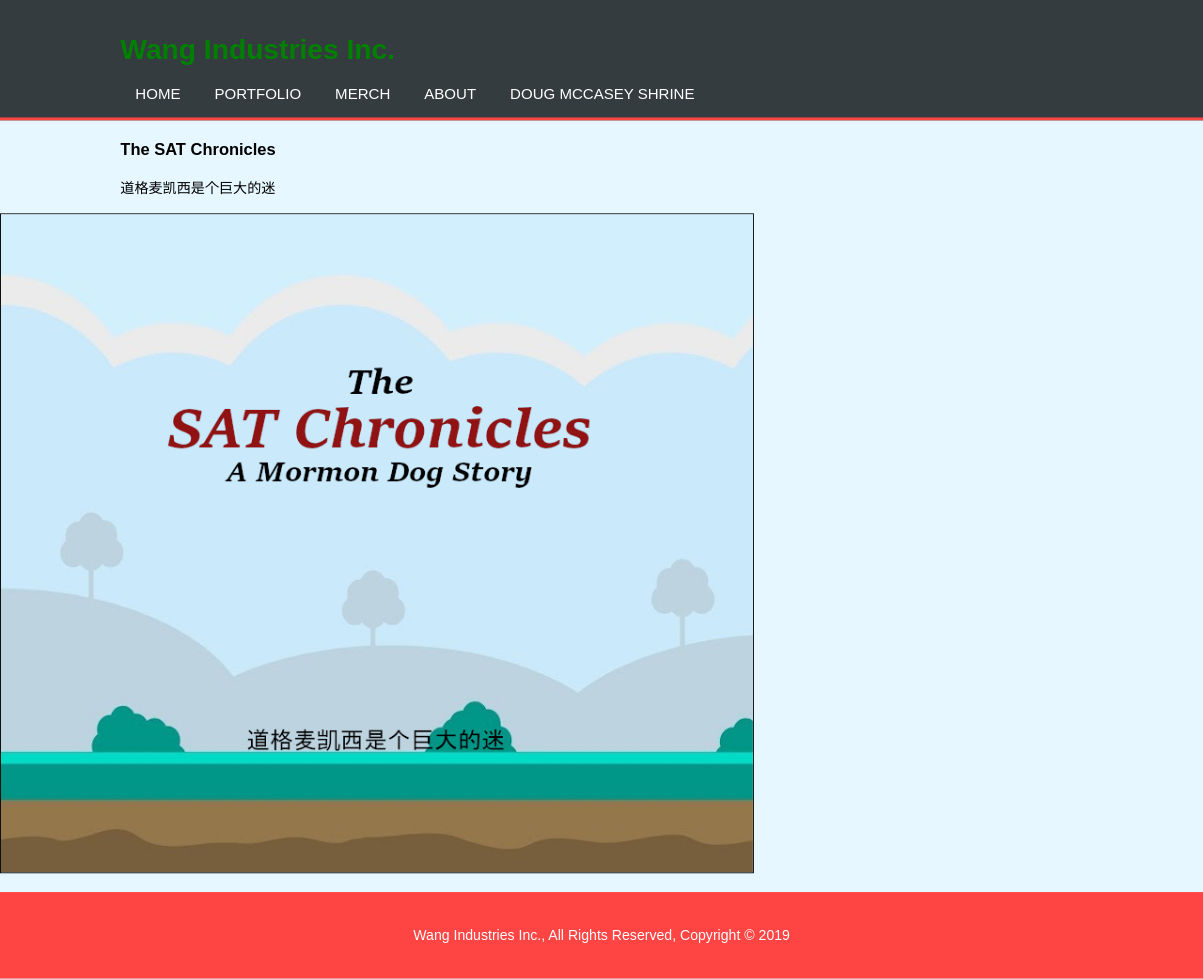
Repository: albert031/albert031.github.io
Page: projects/thesatchronicles.html
The author's editor kept a record of every edit. The page is drawn from the files as they stood at one moment, then again after the next edit.
The browser window is 1280 px wide. The pictures show the whole page, at 94% of full size.

Above is the page before.

### projects/thesatchronicles.html
<!DOCTYPE HTML w/ Processing>

<html>
  <head>
      <meta http-equiv="Content-Type" content="text/html; charset=UTF-8" />
      <title>Albert's Website | The SAT Chronicles</title>
      <script type="text/javascript" src="../js/processing.js"></script>
      <meta name=viewport content=width=device-width>
      <link rel=stylesheet type=text/css href=../css/style.css>
  </head>

  <body>
    <header>
        <div class=container>
            <div id=branding>
                <h1 class=highlight>Wang Industries Inc.</h1>
            </div>
        </div>
        <nav>
            <div class=dropdown>
                <button class=dropbtn><a href=../index.html>Home</a></button>
            </div>
            <div class=dropdown>
                <button class=dropbtn><a href=../portfolio.html>Portfolio</a></button>
                <div class=dropdown-content>
                    <a href=../projects/thesatchronicles.html>The SAT Chronicles</a>
                </div>
            </div>
            <div class=dropdown>
                <button class=dropbtn><a href=../merch.html>Merch</a></button>
                <div class=dropdown-content>
                    <a href="#">Dagu makkeishī Ramen Noodles™</a>
                    <a href="#">Dagu makkeishī ChopSticks™</a>
                    <a href="#">Dagu makkeishī Premium Soysauce Ultra Mega Doug Size™</a>
                </div>
            </div>
            <div class=dropdown>
                <button class=dropbtn><a href=../about.html>About</a></button>
            </div>
            <div class=dropdown>
                <button class=dropbtn><a href=../dougshrine.html>Doug McCasey Shrine</a></button>
                <div class=dropdown-content>
                    <a href=dougthethug.html>Doug the Thug</a>
                </div>
            </div>
        </nav>
    </header>

    <section id=main>
      <div class=container>
        <article id=main-col>
          <h1>The SAT Chronicles</h1>
          <p>道格麦凯西是个巨大的迷</p>
        </article>
      </div>
    </section>

    <script type="text/processing">
      PImage bg, bg1, dou, topPipe, botPipe, replayButton;
      int bgx, bgy, dx, dy, g, Vdy;
      int[] pipeX, pipeY;
      int gameState, score;
      float speed;

      void setup(){
        size(800,700);
        bg = loadImage("../imgsatchronicles/bg.png");
        bg1 = loadImage("../imgsatchronicles/startscreen.png");
        dou = loadImage("../imgsatchronicles/doug.png");
        botPipe = loadImage("../imgsatchronicles/botpipe.png");
        topPipe = loadImage("../imgsatchronicles/topPipe.png");
        replayButton = loadImage("../imgsatchronicles/replaybutton.png");
        dx = 100;
        dy = 50;
        g = 1;
        speed = 4;
        pipeX = new int[5];
        pipeY = new int[pipeX.length];
        for(int i = 0; i < pipeX.length; i++){
          pipeX[i] = width + 200*i;
          pipeY[i] = (int)random(-350, 0);
        }
        gameState = -1;
      }

      void draw(){
        if(gameState == -1){
          startScreen();
        }
        if(gameState == 0){
          setBg();
          setPipes();
          moveDoug();
          scoreCounter();
        }
        if(gameState == 1){
          fill(0);
          text("You failed the SAT", 20, 500);
          replay();
        }
      }

      void scoreCounter(){
        fill(0);
        textSize(32);
        text("SAT Score: " + 100*score, width - 300, 40);
      }


      void startScreen(){
        image(bg1, 0, 0);
        if(mousePressed){
          dy = height/2;
          gameState = 0;
        }
      }

      void replay(){
        image(replayButton, 20, 550);
      }

      void setPipes(){
        for(int i = 0; i < pipeX.length; i++){
          image(topPipe, pipeX[i], pipeY[i]);
          image(botPipe, pipeX[i], pipeY[i] + 680);
          if(score < 8){
            pipeX[i] -= 4;
          }
          else{
            pipeX[i] -= speed;
            if(speed < 6){
              speed = speed + .001;
            }
          }
          if(pipeX[i] < -200){
            pipeX[i] = width;
          }
          if(dx > (pipeX[i] - 45) && dx < pipeX[i] + 70){
            if(!(dy > pipeY[i] + 450 && dy < pipeY[i] + (450 + 230-49))){
               gameState = 1;
            }
            else if(dx == pipeX[i] || dx == pipeX[i] + 3){
              score++;
            }
          }
        }
      }

      void moveDoug(){
        image(dou, dx, dy);
        dy = dy + Vdy;
        Vdy = Vdy + g;
        if(dy > height || dy < 0){
          text("You get accused of cheating", 20, 400);
          gameState = 1;
        }
      }


      void mousePressed(){
        Vdy = -15;
        if(mouseX < 70 && mouseX > 20 && mouseY < 600 && mouseY > 500){
            setup();
            score = 0;
        }
      }

      void setBg(){
        image(bg, bgx, bgy);
        image(bg, bgx + bg.width, bgy);
        bgx = bgx - 4;
        if(bgx < -bg.width){
          bgx = 0;
        }
      }

    </script>
    <canvas id="sketch" style="border: 1px solid black;"></canvas>

    <footer>
        <p>Wang Industries Inc., All Rights Reserved, Copyright &copy 2019</p>
    </footer>
  </body>

</html>

### css/style.css
/*CSS Style Sheet */

body{
    font-family:Arial, Helvetica, sans-serif;
    font-size:15px;
    line-height:1.5;
    padding:0;
    margin:0;
    background-color:#e6f7ff;
}

/* Global */
.container{
    width:80%;
    margin:auto;
    overflow:hidden;
}

ul {
    margin:0;
    padding:0;
}

.button_1{
    height:38px;
    background:#ff4444;
    border:0;
    padding-left:20px;
    padding-right:20px;
    color:#ffffff;
}

@keyframes rainbow{
    0% {color:red;}
    17% {color:orange;}
    34% {color:yellow;}
    50% {color:green;}
    67% {color:blue;}
    84% {color:indigo;}
    100% {color:violet;}
}

/* Header */
header{
    background:#353c40;
    color:#ffffff;
    padding-top:30px;
    min-height:70px;
    border-bottom: #ff4444 3px solid;
    list-style:none;
}

header a{
    text-decoration:none;
    text-transform:uppercase;
    color:#ffffff;
}

header nav{
    width:80%;
    margin:auto;
}

.dropbtn {
  background-color: transparent;
  outline:none;
  padding: 16px;
  font-size: 16px;
  border: none;
}

/* The container <div> - needed to position the dropdown content */
.dropdown {
  position: relative;
  display: inline-block;
}

/* Dropdown Content (Hidden by Default) */
.dropdown-content {
  display: none;
  position: absolute;
  background-color: #f1f1f1;
  min-width: 160px;
  box-shadow: 0px 8px 16px 0px rgba(0,0,0,0.2);
  z-index: 1;
}

/* Links inside the dropdown */
.dropdown-content a{
  color: black;
  padding: 12px 16px;
  text-decoration: none;
  display: block;
}

/* Change color of dropdown links on hover */
.dropdown-content a:hover {
    background-color: #ddd;
}

/* Show the dropdown menu on hover */
.dropdown:hover .dropdown-content {
    display: block;
}

header #branding{
    float:left;
}

header #branding h1{
    margin:0;
}

header .highlight, header .current a{
    animation:rainbow 2s linear infinite alternate;
    font-weight:bold;
}

header a:hover{
    color:#ff0000;
    font-weight:bold;
}

/* Showcase */
#showcase{
    min-height:400px;
    background-image:url(../img/ramenpic.jpg);
    background-position:center center;
    background-repeat:no-repeat;
    text-align:center;
    color:#000000;
}

#showcase h1{
    margin-top:100px;
    font-size:55px;
    margin-bottom:10px;
}

#showcase p{
    font-size:20px;
}

#order{
    padding:15px;
    color:#ffffff;
    background:#353c40;
}

/* Order */
#order h1{
    float:left;
}

#order form{
    float:right;
    margin-top:15px;
}

#order input[type=name]{
    padding:4px;
    height:25px;
    width:250px;
}

/* Boxes */
#boxes{
    margin-top:20px;
}

#boxes .box{
    float:left;
    text-align:center;
    width:30%;
    padding:10px;
}

#boxes .box img{
    width:150px;
}

/* Main-col */
article#main-col{
    float:left;
    width:65%;
}

footer{
    padding:20px;
    margin-top:20px;
    color:#ffffff;
    background-color:#ff4444;
    text-align:center;
}

/* Boxes around each project */
.project{
	background-color: #353c40;
	font-size: 100%;
	padding: 1%;
	width: 320px;
	height: 320px;
	float: left;
	text-align:center;
	border-radius: 5px;
	margin:1%;
}

.project a{
	color:#ffffff;
	text-decoration: none;
	font-size: 16px;
}

.project h1{
    color:#ffffff;
}

.project iframe{
    width:100%;
}

.project img{
    width:100%;
}

.project a:hover{
    color:#ff0000;
    font-weight:bold;
}

/* Media Queries */
@media(max-width:768px){
    header #branding,
    header nav,
    header nav li,
    #order h1,
    #order form,
    #boxes .box{
        float:none;
        text-align:center;
        width:100%;
        }

    header{
        padding-bottom:20px;
    }

    #showcase h1{
        margin-top:40px;
    }

    #order button{
        display:block;
        width:100%;
    }

    #order form input[type=name]{
        width:100%;
        margin-bottom:5px
    }
}

Loaded but not shown: js/processing.js (library)

After the next edit:
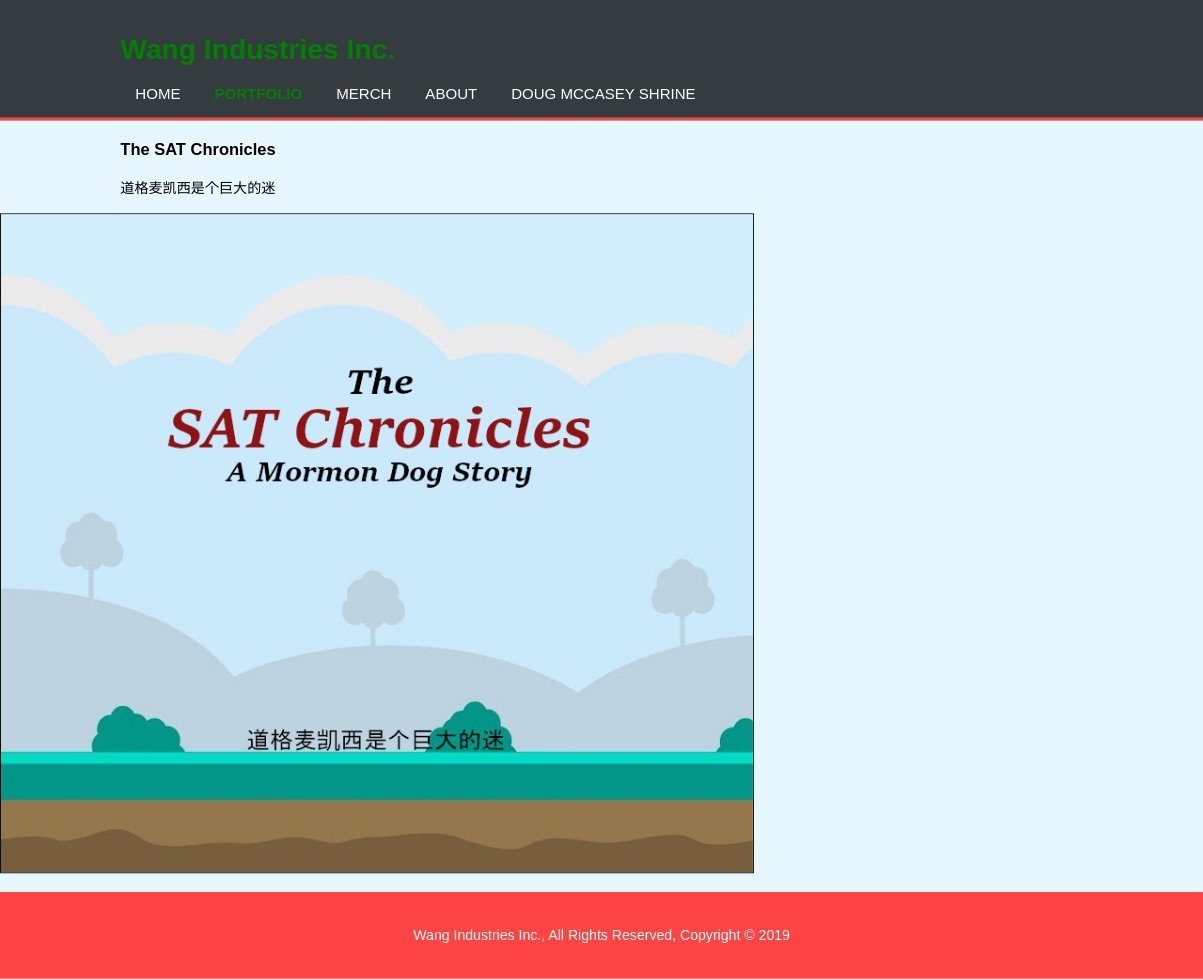
The edit:
--- a/projects/thesatchronicles.html
+++ b/projects/thesatchronicles.html
@@ -21,8 +21,8 @@
                 <button class=dropbtn><a href=../index.html>Home</a></button>
             </div>
             <div class=dropdown>
-                <button class=dropbtn><a href=../portfolio.html>Portfolio</a></button>
-                <div class=dropdown-content>
+                <button class="dropbtn current"><a href=../portfolio.html>Portfolio</a></button>
+                <div class="dropdown-content current">
                     <a href=../projects/thesatchronicles.html>The SAT Chronicles</a>
                 </div>
             </div>
